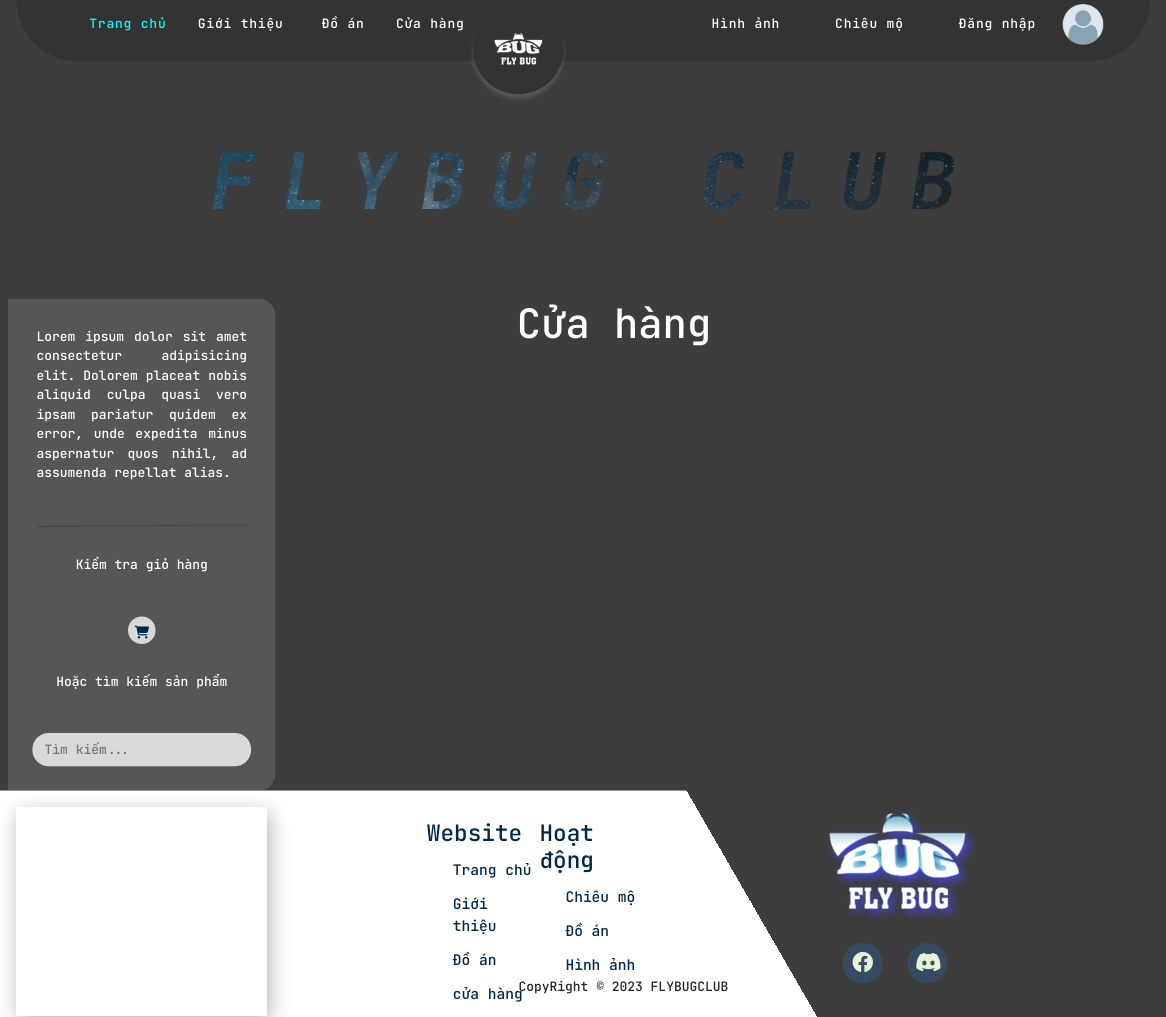
Repository: NQD2308/FlyBugClub_WebApp
Page: PROJECT FLYNUG/html/store.html
An editor plug-in stored every save of this project. The page is shown before and after the next save, followed by the edit.
The browser window is 1280 px wide. The page is 1440 px wide, so the pictures cover 1440 px, including what lies to the right of the window. The pictures show the whole page, at 81% of full size.
Pictures or frames that could not be fetched are drawn as grey boxes.

Above is the page before, as saved 2023-09-18 10:17:44.

### PROJECT FLYNUG/html/store.html
<html lang="en">

<head>
    <meta charset="UTF-8">
    <meta name="viewport" content="width=device-width, initial-scale=1.0">
    <title>Document</title>

    <!-- Bootrap 5 -->
    <link href="https://cdn.jsdelivr.net/npm/bootstrap@5.0.2/dist/css/bootstrap.min.css" rel="stylesheet" integrity="sha384-EVSTQN3/azprG1Anm3QDgpJLIm9Nao0Yz1ztcQTwFspd3yD65VohhpuuCOmLASjC" crossorigin="anonymous">

    <!-- Font awesome -->
    <link rel="stylesheet" href="https://cdnjs.cloudflare.com/ajax/libs/font-awesome/6.4.2/css/all.min.css" integrity="sha512-z3gLpd7yknf1YoNbCzqRKc4qyor8gaKU1qmn+CShxbuBusANI9QpRohGBreCFkKxLhei6S9CQXFEbbKuqLg0DA==" crossorigin="anonymous" referrerpolicy="no-referrer" />

    <!-- CSS -->
    <link rel="stylesheet" href="../css/style.css">
    <!-- Reset -->
    <link rel="stylesheet" href="../css/default_setting.css">

    <!-- JetBrains Mono font -->
    <link rel="preconnect" href="https://fonts.googleapis.com">
    <link rel="preconnect" href="https://fonts.gstatic.com" crossorigin>
    <link
        href="https://fonts.googleapis.com/css2?family=JetBrains+Mono:ital,wght@0,300;0,500;0,600;0,700;0,800;1,400&display=swap"
        rel="stylesheet">
</head>

<body>
    <!-- ========================
                #HEADER
        ========================-->
    <header>
        <div class="nav">
            <div class="nav__links">
                <ul class="nav__links-left">
                    <li><a class="active" href="#">Trang chủ</a></li>
                    <li><a href="#">Giới thiệu</li>
                    <li><a href="#">Đồ án</a></li>
                    <li><a href="#">Cửa hàng</a></li>
                </ul>
            </div>
            <div class="logo">
                <img src="../img/logo.png" alt="FlyBug logo">
            </div>
            <div class="nav__links">
                <ul class="nav__links-right">
                    <li><a href="#">Hình ảnh</a></li>
                    <li><a href="#">Chiêu mộ</a></li>
                    <li class="login"><a href="#">Đăng nhập</a></li>
                    <li class="login-Img">
                        <a href="#"><img src="../img/user.png" alt=""></a>
                    </li>
                </ul>
            </div>
        </div>
        <div class="text-logo">
            <img  src="../img/FLYBUG CLUB.png" alt="Photo logo">
        </div>
    </header>

    <section class="body">
        <div class="container">
            <div class="row">
                <div class="col col-md-4 left">
                    <div class="search">
                        <div class="store-note">
                            <p>Lorem ipsum dolor sit amet consectetur adipisicing elit. Dolorem placeat nobis aliquid culpa quasi vero ipsam pariatur quidem ex error, unde expedita minus aspernatur quos nihil, ad assumenda repellat alias.</p>
                        </div>
                        <div class="center">
                            <svg xmlns="http://www.w3.org/2000/svg" width="261" height="4" viewBox="0 0 261 4" fill="none">
                                <path d="M1 2.96216L260.993 0.99995" stroke="#3D3D3D" stroke-opacity="0.8"/>
                            </svg>
                        </div>
                        <div class="shopping-function">
                            <p>Kiểm tra giỏ hàng</p>
                            <div class="center ">
                                <button class="icon-shopping">
                                    <a href="">
                                        <i class="fa-solid fa-cart-shopping"></i>
                                    </a>
                                </button>
                            </div>
                            <p>Hoặc tìm kiếm sản phẩm</p>
                            <div class="center">
                                <input type="text" placeholder="Tìm kiếm...">
                            </div>
                        </div>
                    </div>
                </div>
                <div class="col col-md-8 right">
                    <div class="store">
                        <h1>Cửa hàng</h1>
                    </div>
                </div>
            </div>
        </div>
    </section>

 <!-- ========================
                #FOOTER
        ========================-->
    <footer class="footer">
        <div class="footer-left">
            <iframe class="ggmap" src="https://www.google.com/maps/embed?pb=!1m18!1m12!1m3!1d15678.190787267133!2d106.64595238715819!3d10.769299600000005!2m3!1f0!2f0!3f0!3m2!1i1024!2i768!4f13.1!3m3!1m2!1s0x31752f7c8bf050ff%3A0x4fa87595d124cc0c!2zVHLGsOG7nW5nIMSQ4bqhaSBo4buNYyBIb2EgU2VuIC0gQ8ahIHPhu58gVGjDoG5oIFRow6Fp!5e0!3m2!1svi!2s!4v1691345035899!5m2!1svi!2s" width="500" height="250" style="border:1;" allowfullscreen="" loading="lazy" referrerpolicy="no-referrer-when-downgrade"></iframe>
        </div>
        <ul class="footer-center">
            <li>
                <h3>Website</h3>

                <ul class="box">
                    <li><a href="#">Trang chủ</a></li>
                    <li><a href="#">Giới thiệu</a></li>
                    <li><a href="#">Đồ án</a></li>
                    <li><a href="#">cửa hàng</a></li>
                </ul>
            </li>
            <li>
                <h3>Hoạt động</h3>

                <ul class="box">
                    <li><a href="#">Chiêu mộ</a></li>
                    <li><a href="#">Đồ án</a></li>
                    <li><a href="#">Hình ảnh</a></li>
                </ul>
            </li>
        </ul>
        <div class="footer-right">
            <div class="img-logo">
                <img src="../img/flybug.png" alt="">
            </div>
            <div class="socials">
                <a href="#"><i class="fa-brands fa-facebook"></i></a>
                <a href="#"><i class="fa-brands fa-discord"></i></a>
            </div>
        </div>

        <div class="footer-bottom">
            <p>CopyRight &copy; 2023 FLYBUGCLUB</p>
        </div>
    </footer>

</body>

</html>

### PROJECT FLYNUG/css/style.css
li,
a,
button {
    list-style: none;
    font-family: 'JetBrains Mono', monospace;
    font-size: 16px;
    text-decoration: none;
    color: #fff;
    cursor: url(../img/bug-icon.png) 5 5, auto !important;
}
body {
    cursor: url(../img/bug-icon.png) 5 5, auto !important;
}
a {
    cursor: url(../img/bug-icon.png) 5 5, auto;
}
body {
    background-color: #3d3d3d;
}

/* =========================
        #HEADER
    =========================*/
header {
    /* position: fixed; */
    width: 1440px;
    /* height: 80px; */
    /* border-bottom: 1px solid #00000026; */




    /* backdrop-filter: blur(20px); */
}

header .nav {
    width: 1400px;
    margin: 0 auto;
    max-width: 100%;
    background: #333;
    border-radius: 0px 0px 80px 80px;
    display: flex;
    justify-content: space-between;
    align-items: center;
    padding: 0 3%;
    top: 0%;
    z-index: 10;
    box-shadow: rgba(0, 0, 0, 0.3) 2.72076px ;
    /* border: 1px solid red; */
}

header .nav ul {
    display: flex;
    align-items: center;
}

header .nav ul li {
    margin: 5px 15px;
    letter-spacing: 1px;
}

header .nav .logo {
    /* border: 1px solid red; */
    width: 7rem;
    height: 7rem;
    position: absolute;
    left: 50%;
    transform: translate(-50%, 20%);
    background-color: #333;
    overflow: hidden;
    border-radius: 100%;
    box-shadow: 0 5px 5px rgba(204, 204, 204, .2);
}

header .logo img {
    width: 100%;
    height: 100%;
    object-fit: cover;
}

header .nav__links {
    width: 40%;
    height: 100%;
}
header .nav__links ul li a{
    transition: .3s ease;
}
header .nav__links ul > li:hover a{
    color: aqua;
}
header .nav__links-left,
header .nav__links-right {
    justify-content: space-between;
}

.active {
    color: aqua;
}

.nav__links-right li:last-child {
    width: 50px;
    height: 50px;
}

header .nav__links-right {
    margin-left: -20px;
}

header .nav__links-right .login-img {
    margin-left: -20px;
}

header .text-logo{
    display: flex;
    justify-content: center;
    width: 1440px;
    background-color: #3d3d3d;
    /* border: 1px solid white; */
    padding: 110px 0;
}

/* ================================ */
/* ============= BODY ============= */
/* ================================ */

/*  @############ LEFT ############@ */

section.body .left{
    margin-left: -72px;
}

section.body .search{
    width: 330px;
    background-color: #565656;
    border-radius: 0 20px 20px 0;
    position: relative;
    left: 0;
}

.body .search store-note{
    display: flex;
    justify-content: center;
}

.body .search p{
    color: #FFF;
    text-align: justify;
    padding: 35px;
}

.body .search .shopping-function p{
    text-align: center;
}

.body .search .shopping-function button.icon-shopping{
    width: 34px;
    height: 34px;
    border-radius: 50%;
    background-color: #D9D9D9;
    border: none;
}

.body .search .shopping-function .icon-shopping i{
    display: flex;
    justify-content: center;
    width: 24px;
    color: #012A4A;
    transition: all .25s ease-in;
    /* border: 1px solid orange; */
    border-radius: 50%;
    padding: 10px 16px 6px 17px;
}

.body .search .shopping-function button.icon-shopping:hover i{
    color: orange;
    transition: all .25s ease-in;
}

.body .search .shopping-function input{
    width: 270px;
    padding: 10px 15px;
    border-radius: 20px;
    border: none;
    background-color: #D9D9D9;
    margin-bottom: 30px;
}

/*  @############ RIGHT ############@ */

.body .right .store h1{
    color: white;
    text-align: center;
    font-size: 50px;
}

/* =========================
        #FOOTER
         background-image: linear-gradient(60deg, white 70%, #3d3d3d 25%);
    =========================*/
footer {
    /* width: 100%; */
    position: relative;
    height: 280px;
    background-color: #333;
    background-image: linear-gradient(60deg, white 70%, #3d3d3d 25%);

    display: flex;
    flex-flow: row wrap;
    justify-content: space-between;
    padding: 20px;
    overflow: hidden;
}

.footer>* {
    width: calc(100% / 4);
}

.footer ul li,
.footer ul li a {
    color: #012A4A;
    font-size: 18px;
}

.footer-left {
    margin-right: 1.25em;
    margin-bottom: 2em;
    box-shadow: rgba(0, 0, 0, 0.3) 2.72076px 8px 24px;
}

.footer-left iframe {
    border-radius: 5px;
}

.footer-center {
    display: flex;
    flex-flow: row wrap;
    justify-content: space-between;
}

.footer-center>* {
    width: calc(100% / 2);
}

.footer-center li {
    margin: 15px 0;
}

.footer-center .box li a {
    transition: .3s ease;
}

.footer-center .box>li:hover a {
    margin-left: 10px;
    color: #4444dd;
    font-weight: bold;
}

.footer-right {
    height: 100%;
    margin: -10px 0;
    display: flex;
    align-items: center;
    flex-flow: row wrap;
    justify-content: center;
}

.footer-right .img-logo {
    width: 100%;
    display: flex;
    justify-content: center;
}

.footer-right img {
    width: 60%;
    filter: drop-shadow(5px 5px 5px #4444dd);
}

.socials a {
    background: #364a62;
    width: 50px;
    height: 50px;
    display: inline-block;
    text-align: center;
    margin: 0 10px;
    border-radius: 100%;
    transition: 0.4s ease;
}

.socials a i {
    color: #e7f2d4;
    padding: 10px;
    font-size: 26px;
}

.socials>a:first-child:hover {
    background-color: #4267B2;
    transform: rotate(1turn);
}

.socials>a:last-child:hover {
    background-color: #7289da;
    transform: rotate(1turn);
}

.footer-bottom {
    position: absolute;
    bottom: 10;
    left: 50%;
}


.main  {
    height: 100vh;
}

### PROJECT FLYNUG/css/default_setting.css
html {
  max-width: 1440px;
  margin: auto;
	line-height: 1.5;
	box-sizing: border-box;
	scroll-behavior: smooth;
  }
  * {
	margin: 0;
	padding: 0;
  font-family: 'JetBrains Mono', monospace;
  }
  *,
  *:before,
  *:after {
	box-sizing: border-box;
  }
  input,
  textarea,
  select,
  button {
	outline: none;
	font: inherit;
  }
  input {
	line-height: normal;
  }
  label,
  button {
	cursor: pointer;
	user-select: none !important;
  }
  ul {
	list-style: none;
  }
  a {
	text-decoration: none;
  }
  img,
  picture,
  video,
  canvas,
  svg {
	display: block;
	max-width: 100%;
	user-select: none !important;
  }

  p,
  h1,
  h2,
  h3,
  h4,
  h5,
  h6 {
	overflow-wrap: break-word;
  }

  /* Mobie: width < 740px */
  @media only screen and (max-width: 46.1875em) {
    input[type="color"],
    input[type="date"],
    input[type="datetime"],
    input[type="datetime-local"],
    input[type="email"],
    input[type="month"],
    input[type="number"],
    input[type="password"],
    input[type="search"],
    input[type="tel"],
    input[type="text"],
    input[type="time"],
    input[type="url"],
    input[type="week"],
    select:focus,
    textarea {
      font-size: 16px;
    }
  }

  .center{
    display: flex;
    justify-content: center;
  }

After the next save:
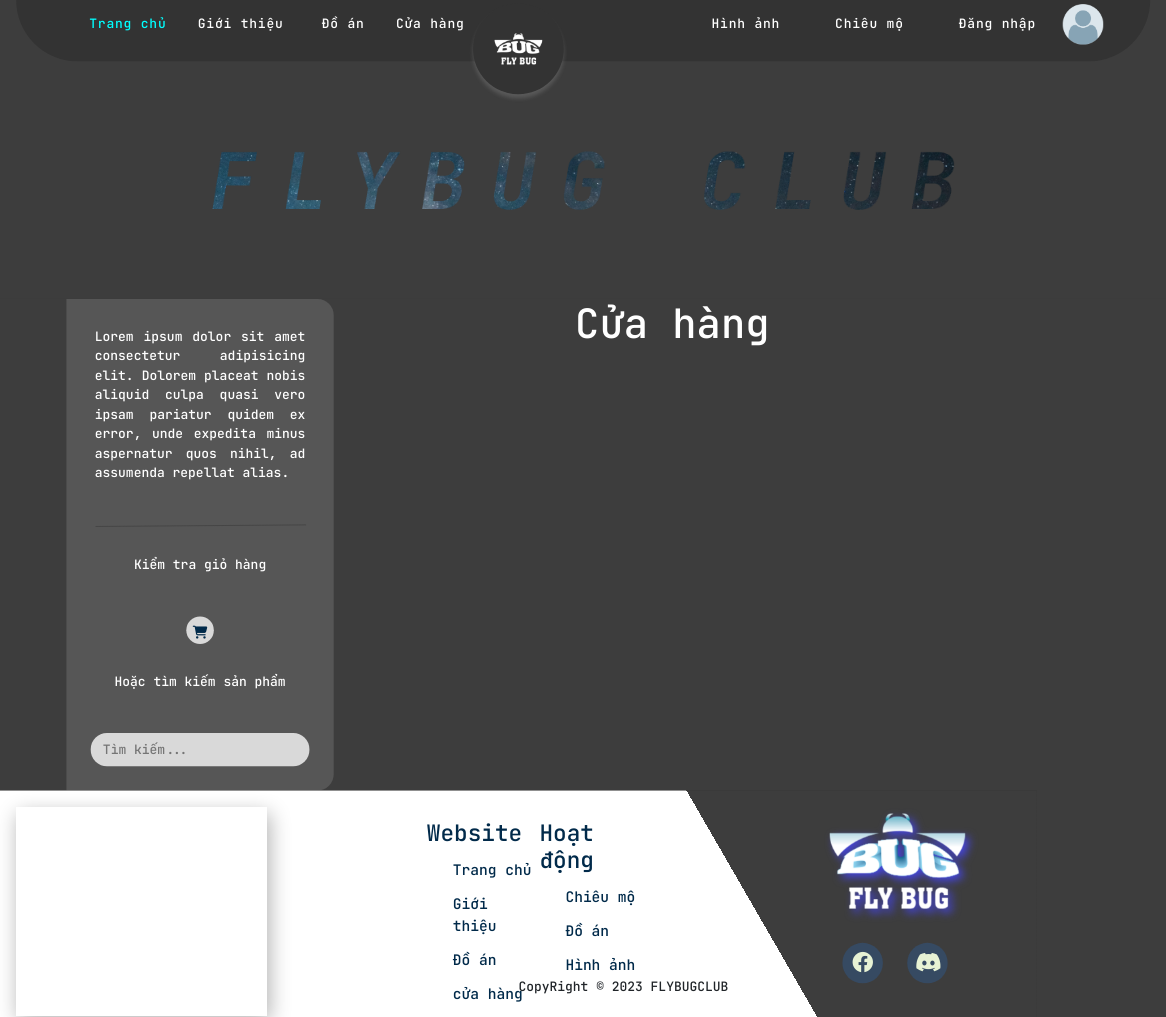
Saved 15 s later.
--- a/PROJECT FLYNUG/css/style.css
+++ b/PROJECT FLYNUG/css/style.css
@@ -126,7 +126,7 @@
 /*  @############ LEFT ############@ */
 
 section.body .left{
-    margin-left: -72px;
+    /* margin-left: -72px; */
 }
 
 section.body .search{
